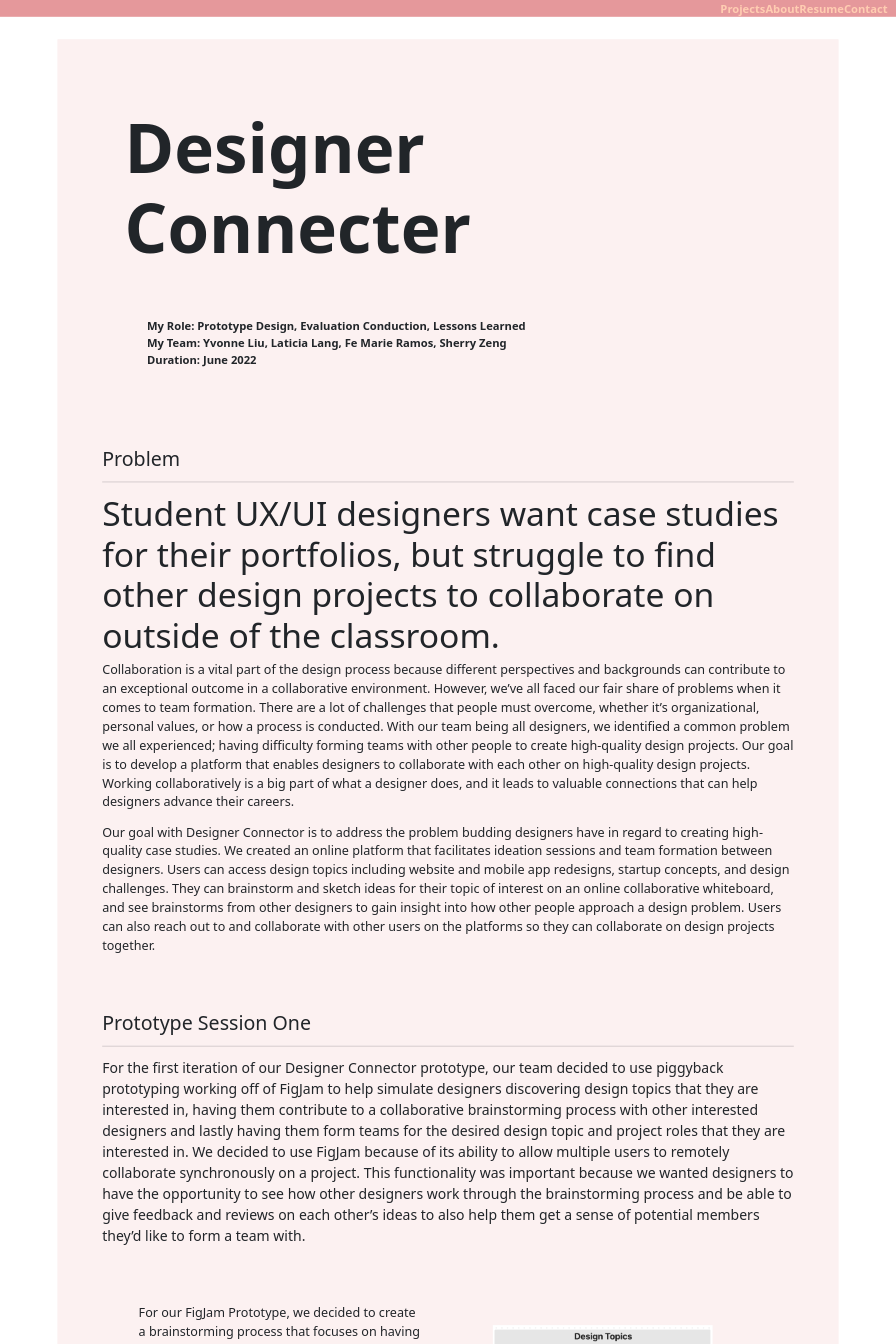
Repository: thais-chen/Portfolio
Page: designer.html
These files come from the project's save history. The page is drawn as it stood at one moment and after the next save; the edit follows.
The browser window is 1280 px wide. The pictures show the part of the page from y = 0 to 1920 px (the page is 11225 px tall before and 11273 px after), at 70% of full size.
A picture or video elsewhere on the page could not be fetched, so the positions and the page height are approximate.

Above is the page before, as saved 2022-06-21 03:09:49.

### designer.html
<!DOCTYPE html>
<!--[if lt IE 7]>      <html class="no-js lt-ie9 lt-ie8 lt-ie7"> <![endif]-->
<!--[if IE 7]>         <html class="no-js lt-ie9 lt-ie8"> <![endif]-->
<!--[if IE 8]>         <html class="no-js lt-ie9"> <![endif]-->
<!--[if gt IE 8]>      <html class="no-js"> <!--<![endif]-->
<html>
    <head>
        <meta charset="utf-8">
        <meta http-equiv="X-UA-Compatible" content="IE=edge">
        <title></title>
        <meta name="description" content="">
        <meta name="viewport" content="width=device-width, initial-scale=1">
        <link href="https://cdn.jsdelivr.net/npm/bootstrap@5.2.0-beta1/dist/css/bootstrap.min.css" rel="stylesheet"
        integrity="sha384-0evHe/X+R7YkIZDRvuzKMRqM+OrBnVFBL6DOitfPri4tjfHxaWutUpFmBp4vmVor" crossorigin="anonymous">
        <link rel="stylesheet" href="designer.css">
    </head>
    <body>
       <header>

        <nav>
            <div class="container-fluid">
                <ul class="nav justify-content-end">

                    <li class="nav-item"><a href="#projects"> Projects</a></li>
                    <li class="nav-item"><a href="#about"> About</a> </li>
                    <li class="nav-item"><a href="#projects"> Resume</a></li>
                    <li class="nav-item "><a href="#contact"> Contact</a></li>
                </ul>
        </nav>
        </div>




       </header>
       <main class="container">


        <div class="process">
            <div>

                <div class="col">
                    <h1> Designer <br> Connecter</h1>

                </div>
                <div class=" modal-dialog modal-dialog-centered">
                        <ul>
                            <li>My Role: Prototype Design, Evaluation Conduction, Lessons Learned </li>
                            <li>My Team: Yvonne Liu, Laticia Lang, Fe Marie Ramos, Sherry Zeng</li>
                            <li>Duration: June 2022 </li>
                        </ul>


                </div>
            </div>
        <div class="setting-prob   ">
            <h3> Problem</h3>
            <hr>

            <h3 class="display-5">
                Student UX/UI designers want case studies for their portfolios, but struggle to find other design projects to collaborate on outside of the classroom.
            </h3>
            <p>
                Collaboration is a vital part of the design process because different perspectives and backgrounds can contribute to an exceptional outcome in a collaborative environment. However, we’ve all faced our fair share of problems when it comes to team formation. There are a lot of challenges that people must overcome, whether it’s organizational, personal values, or how a process is conducted. With our team being all designers, we identified a common problem we all experienced; having difficulty forming teams with other people to create high-quality design projects. Our goal is to develop a platform that enables designers to collaborate with each other on high-quality design projects. Working collaboratively is a big part of what a designer does, and it leads to valuable connections that can help designers advance their careers.
            </p>
            <p>
                Our goal with Designer Connector is to address the problem budding designers have in regard to creating high-quality case studies. We created an online platform that facilitates ideation sessions and team formation between designers. Users can access design topics including website and mobile app redesigns, startup concepts, and design challenges. They can brainstorm and sketch ideas for their topic of interest on an online collaborative whiteboard, and see brainstorms from other designers to gain insight into how other people approach a design problem. Users can also reach out to and collaborate with other users on the platforms so they can collaborate on design projects together.
            </p>
        </div>
            <div class="proto-one">
                <h3>Prototype Session One</h3>
                <hr>
                <p class="lead">
                    For the first iteration of our Designer Connector prototype, our team decided to use piggyback prototyping working off of FigJam to help simulate designers discovering design topics that they are interested in, having them contribute to a collaborative brainstorming process with other interested designers and lastly having them form teams for the desired design topic and project roles that they are interested in. We decided to use FigJam because of its ability to allow multiple users to remotely collaborate synchronously on a project. This functionality was important because we wanted designers to have the opportunity to see how other designers work through the brainstorming process and be able to give feedback and reviews on each other’s ideas to also help them get a sense of potential members they’d like to form a team with.
                </p>

               <div class="row">
                <div class="col">
                    <p>
                        For our FigJam Prototype, we decided to create a brainstorming process that focuses on having designers sketch their design ideas out based on provided topics that were provided by our team. We came up with five topics which all required the designers to come up with ideas for specified topics such as designing a dog-walking app or redesigning the Canvas website.
                    </p>
                </div>
                <div class="col">
                    <img class="img-fluid" src="images/designer/prototype1a.png">
                </div>
               </div>


                <p>We had designers rotate through four rounds so that each group of designers can create sketches for all four topics. Each round was timed so that designers only had two minutes to get their ideas down. After the rounds of sketches were completed, we had all designers take some time to review each other’s work and leave heart stamps for the ideas they found interesting.</p>

                    <center>
                        <img class="img-fluid" src="images/designer/p1b.png">
                        <figcaption  class="lead"> Here is an example of a design topic that participants worked on — they were tasked with sketching out their ideas for an app that promotes sustainability</figcaption  class="lead">

                     <img class="img-fluid" src="images/designer/a1c.png">
                        <figcaption  class="lead"> Participants were given the freedom to sign their names up on a first-come-first-serve basis for their desired design topic and team role </figcaption  class="lead">
                    </center>



                <p>
                    After having designers reflect on and review each other’s designs, we then proceeded onto the team formation part of the prototype that was conducted on Google Sheets. Here we gave designers the freedom to sign-up for their desired topic and project roles on their own.
                </p>

            </div>
            <div class="proto-two">
                <h3>Prototype Session Two</h3>
                <hr>
                <p>
                    For the second iteration of the Designer Connector prototype, we made improvements based on the feedback we received from the first round of prototyping.
                </p>
                <img class="img-fluid" src="images/designer/2a.png">
                <figcaption  class="lead">The 2nd iteration of our prototype was more organized in terms of layout which makes for a more streamlined brainstorming process</figcaption  class="lead">
                <p>
                    For this improved version, we kept the design brainstorm concept fairly the same; however, major changes were made to the layout of the brainstorming process and we also included a better design topic basis for designers to work off of rather than having them come up with entirely new design concepts. We changed the layout of the prototype for the sake of organization purposes so groups of designers know exactly where they need to go and which topic they would need to be working on. We also cut down the number of rounds from 4 to 3 and also focused on 3 design topics that required participants to redesign a specific website with a purpose in mind such as redesigning Craigslist for easier navigation.
                </p>
                <img class="img-fluid" src="images/designer/2b.png">
                <figcaption  class="lead">Here is an example of one of the design topics that participants were tasked with conducting their brainstorms on. They used a combination of sketches and comments to highlight any changes they wanted to make in their redesign.</figcaption  class="lead">

                <p>
                    Instead of having designers sketch out their ideas from scratch, for this version we decided to base the design topics on real websites and provided designers with screenshots of a webpage for them to mark up and make comments on for them to indicate their brainstorming ideas. Providing them with a screenshot of a webpage to work off of, allows the designers to pinpoint exactly where on the page they want to make the redesign changes and explain their idea with FigJam’s comment feature.
                </p>
                <div class="row">
                    <div class="col-8">
                    <p> After the brainstorming session was completed, we then had designers move on to the team formation section of our
                        prototype. Here we used Discord to simulate a live voice chat feature so that participants could join chats based on
                        their design topic of interest, network with other interested designers, and ultimately end up forming teams and
                        settling on project roles after getting to know each other more. For the purpose of this prototyping session, we
                        capped the number of participants that could enter a voice channel so that teams would be even and designers could
                        see if their first choice in design topic or role is taken and would have to move on to their second choice. </p>
                        <p>
                        Participants were directed to join voice channels on Discord based on their desired design topic (step 1) and then break
                        up into smaller groups (step 2) to form teams and choose their desired project role. </p>
                    </div>
                    <div class="col">
                        <img class="img-fluid" src="images/designer/2c.png">

                    </div>
                </div>
                <p>
                    After the brainstorming session was completed, we then had designers move on to the team formation section of our prototype. Here we used Discord to simulate a live voice chat feature so that participants could join chats based on their design topic of interest, network with other interested designers, and ultimately end up forming teams and settling on project roles after getting to know each other more. For the purpose of this prototyping session, we capped the number of participants that could enter a voice channel so that teams would be even and designers could see if their first choice in design topic or role is taken and would have to move on to their second choice.
                </p>
                <img class="img-fluid" src="images/designer/2d.png">
                <figcaption  class="lead"> After networking with other designers on Discord and breaking themselves up into teams, participants were prompted to sign their names up for their desired team and role on Google Sheets.</figcaption  class="lead">
                <p>
                    Lastly, after having designers talk amongst themselves on Discord, we then had them go onto a Google Sheet to sign up for their desired teams and project roles that they should have discussed with other members in the voice chats. For purposes of promoting further communication between formed teams, we had designers include their e-mail address information so that they could contact their respective team members on their own afterward.
                </p>
            </div>
            <div class="final-proto">


                        <p>
                            Based on the results of the previous two prototyping sessions, our team was able to use the data collected from feedback to create an actual prototype of our website on Figma. Our vision for Designer Connector is for it to be a website that designers use to discover design topics, brainstorm their ideas, collaborate with other designers, and ultimately use to help them form teams to work on a design project of their interest.
                        </p>


                        <img class="img-fluid" src="images/designer/3a.png" >
                        <p>
                            Users will be required to create an account to use the website. By requiring users to create accounts, we reduce the number of trolls on the website and promote interaction and collaboration with other users.
                        </p>
                        <center>
                            <img class="img-fluid" src="images/designer/3b.gif">
                            <img class="img-fluid" src="images/designer/3c.gif">
                        </center>

                        <p>
                            Users can browse through different design topics posted by users from around the world. They can brainstorm and sketch ideas for their topic of interest on an online collaborative whiteboard, and view other peoples’ comments on the same topic.
                        </p>
                        <img class="img-fluid" src="images/designer/3d.gif">
                        <p>Once users have engaged in brainstorming sessions and viewed other users’ designs, they can sign up to work on their desired topic. To ensure a well-rounded team, teams are comprised of different roles (UI/UX Designer, UX researcher, programmer, etc). </p>


            </div>
            <div class="eval">
                <h2> Evaluation Sessions</h2>
                <hr>
                <div class="row">
                    <div class="col">
                        <h4>
                            How did we conduct evaluations?

                        </h4>
                        <p>
                            During both rounds of prototyping, we observed participants’ behavior and how they interacted with our prototype. After both sessions, we administered surveys to ask for feedback. Surveys sought to uncover the effectiveness of our prototype in a) helping groups brainstorm and decide on a topic to work on and b) forming teams with other students. We also wanted to identify pain points and areas of confusion so that we could improve our prototype.
                        </p>
                    </div>
                    <div class="col">
                        <h4>
                            Key Lessons Learned
                        </h4>
                        <p>
                            Overall, we received positive responses to our prototype. Participants indicated that brainstorming for different topics on Figjam helped them rapidly produce ideas and decide what topic they wanted to do. Notably, users expressed that being able to see other peoples’ ideas and brainstorms was helpful and provided useful insight into how to approach a design problem.
                        </p>
                     </div>
                </div>
                    <center>   <img class="img-fluid" src="images/designer/4a.png" >
                        <figcaption  class="lead">Criticisms and suggestions we got from our participants

                    </figcaption  class="lead"> </center>

            </div>
            <div class="reflection">
                <h2> Reflection</h2>
                <hr>
                <p>
                    Students are eager to collaborate with each other but have trouble getting the ball rolling and expressing their ideas. Designer Connector aims to bring together individuals with the interest of collaborating on a project together, by helping them choose an appropriate role and brainstorm creative ideas through sketching and commenting on ideas with like-minded designers. We do not know if people will have a pleasant experience collaborating with their group mates, whether issues will arise, or if they will all contribute equally to the project. However, civilized discussion amongst group mates is likely to lead to a peaceful resolution, and active practice in resolving conflicts will strengthen one’s ability to work in a group. Designer Collector remains a solid resource for those looking to find others to collaborate with on design projects.
                </p>
            </div>
        </div>
       </main>
        <script src="" async defer></script>
    </body>
</html>

### designer.css
header{
    background-color: #e5989b;

}
ul{
    list-style: none;
}
li{
    font-weight: 600;
}
h1{
font-weight: 800;
font-size: 6rem;
}
body{
    background-color: #FFFFFF;
}
.container div{
    padding: 2rem;
}

.bg{
    background-color: #e5989b23;
}

p{
   font-size: large;
}
.process{
    background-color:  #e5989b23;
}

.container{
    margin-top: 2rem;
}
img{
    padding: 2rem;
}
a:link {  color: #ffcdb2; text-decoration: none;}


a:visited {  color: #ffcdb2; text-decoration: none; }


a:hover {
  color: white;
}

After the next save:
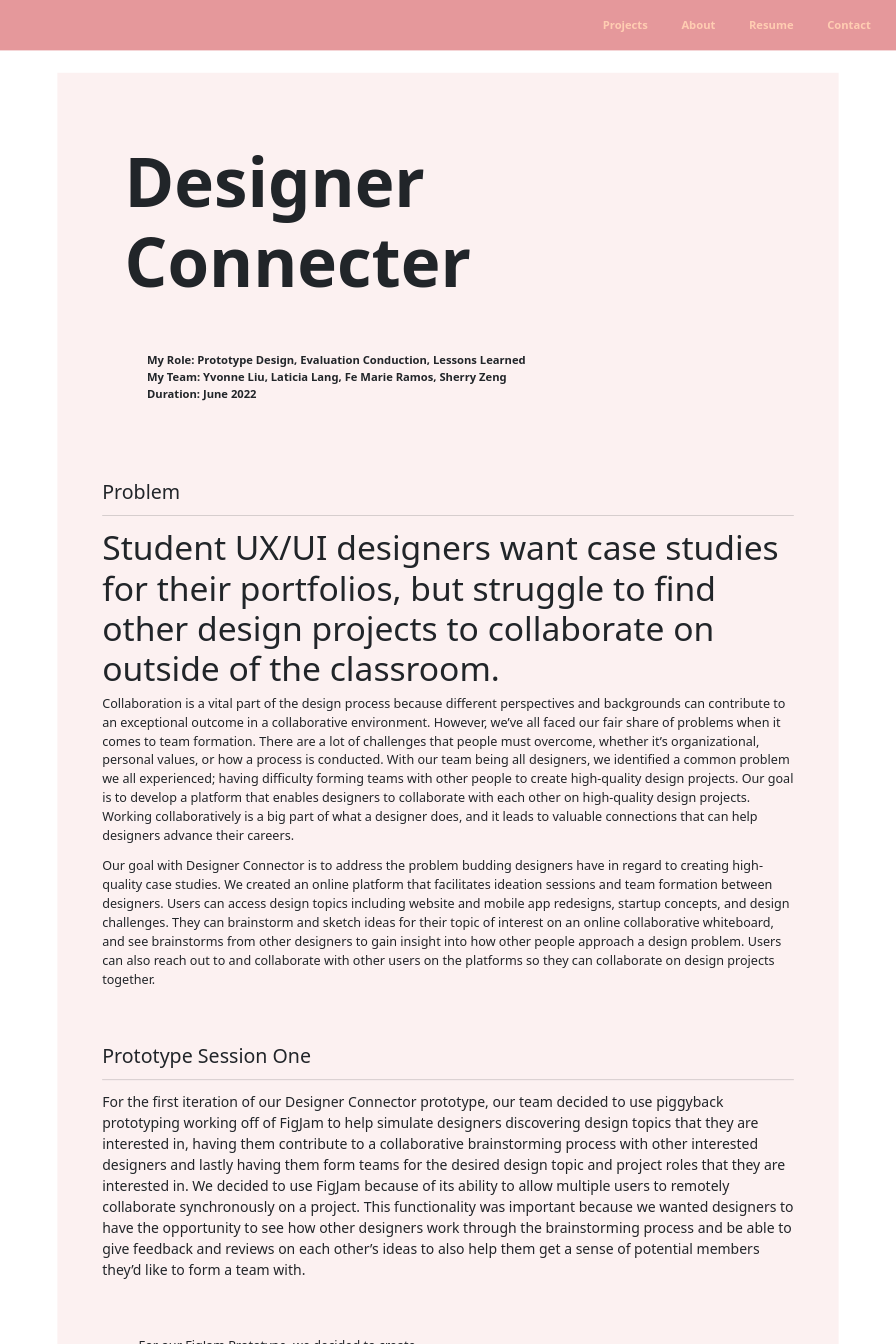
Saved 9 s later.
--- a/designer.css
+++ b/designer.css
@@ -36,6 +36,11 @@ p{
 img{
     padding: 2rem;
 }
+/*navbar*/
+.nav li{
+    padding: 1.5rem;
+}
+
 a:link {  color: #ffcdb2; text-decoration: none;}
 
 
